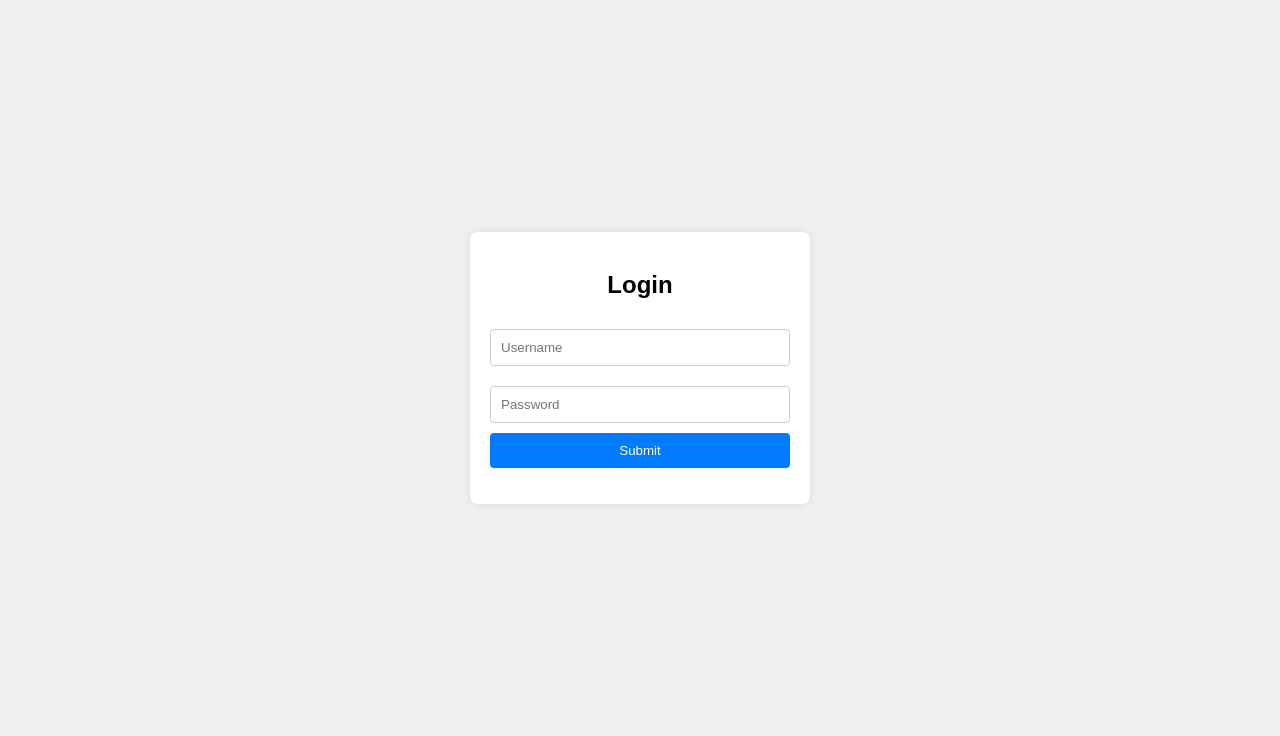
Repository: Femi007-gh/Form
Page: index.html
The author's editor kept a copy of each file at every save. The page is drawn from the files as they stood at one save, then again after a run of saves.
The browser window is 1280 px wide. The pictures show the whole page.

Above is the page before, as saved 2025-03-06 19:44:03.

After the next 2 saves:
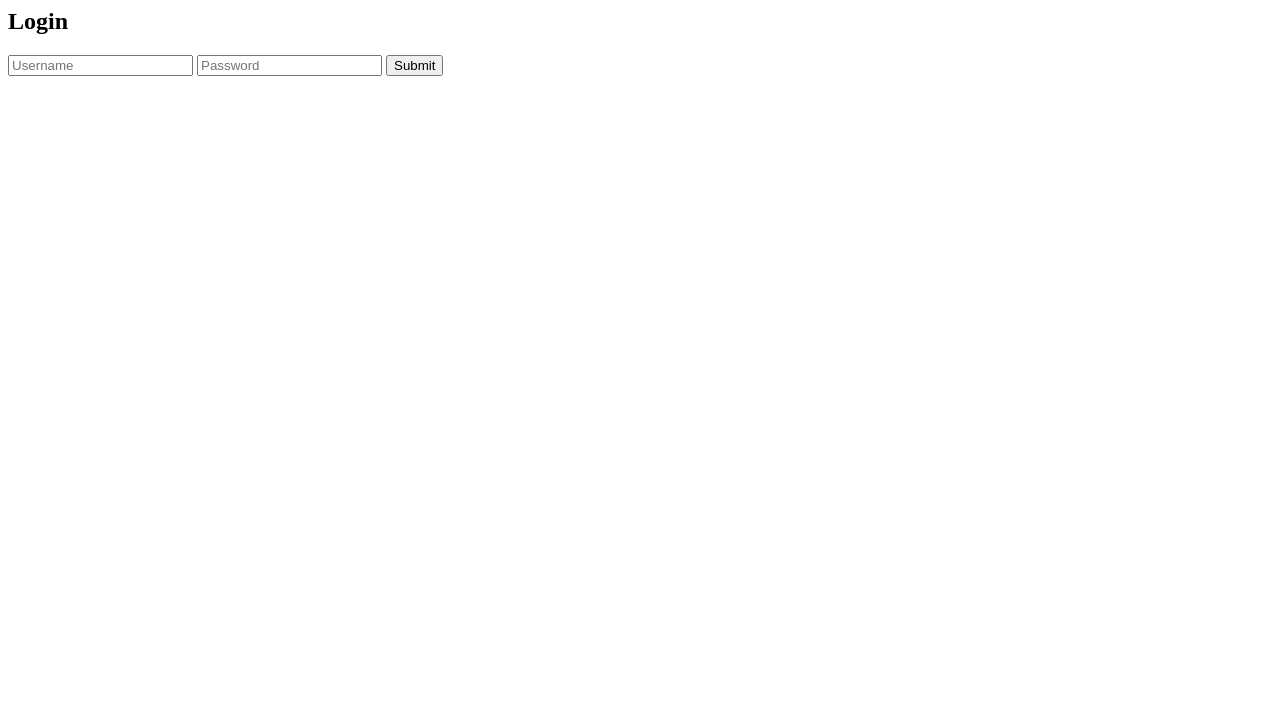
The 2 saves are shown as one change because they came seconds apart.
The last was saved 7 s later.
--- a/index.html
+++ b/index.html
@@ -2,47 +2,6 @@
 <head>
     <title>Login Form</title>
     <link rel>
-    <style>
-        body {
-            font-family: Arial, sans-serif;
-            display: flex;
-            justify-content: center;
-            align-items: center;
-            height: 100vh;
-            background-color: #f0f0f0;
-        }
-        .form-container {
-            background-color: #fff;
-            padding: 20px;
-            border-radius: 8px;
-            box-shadow: 0 0 10px rgba(0, 0, 0, 0.1);
-            width: 300px;
-        }
-        .form-container h2 {
-            margin-bottom: 20px;
-            text-align: center;
-        }
-        .form-container input {
-            width: 100%;
-            padding: 10px;
-            margin: 10px 0;
-            border: 1px solid #ccc;
-            border-radius: 4px;
-        }
-        .form-container button {
-            width: 100%;
-            padding: 10px;
-            background-color: #007BFF;
-            color: #fff;
-            border: none;
-            border-radius: 4px;
-            cursor: pointer;
-        }
-        .form-container button:hover {
-            background-color: #0056b3;
-        }
-    </style>
-</head>
 <body>
     <div class="form-container">
         <h2>Login</h2>

After the 5 saves that followed:
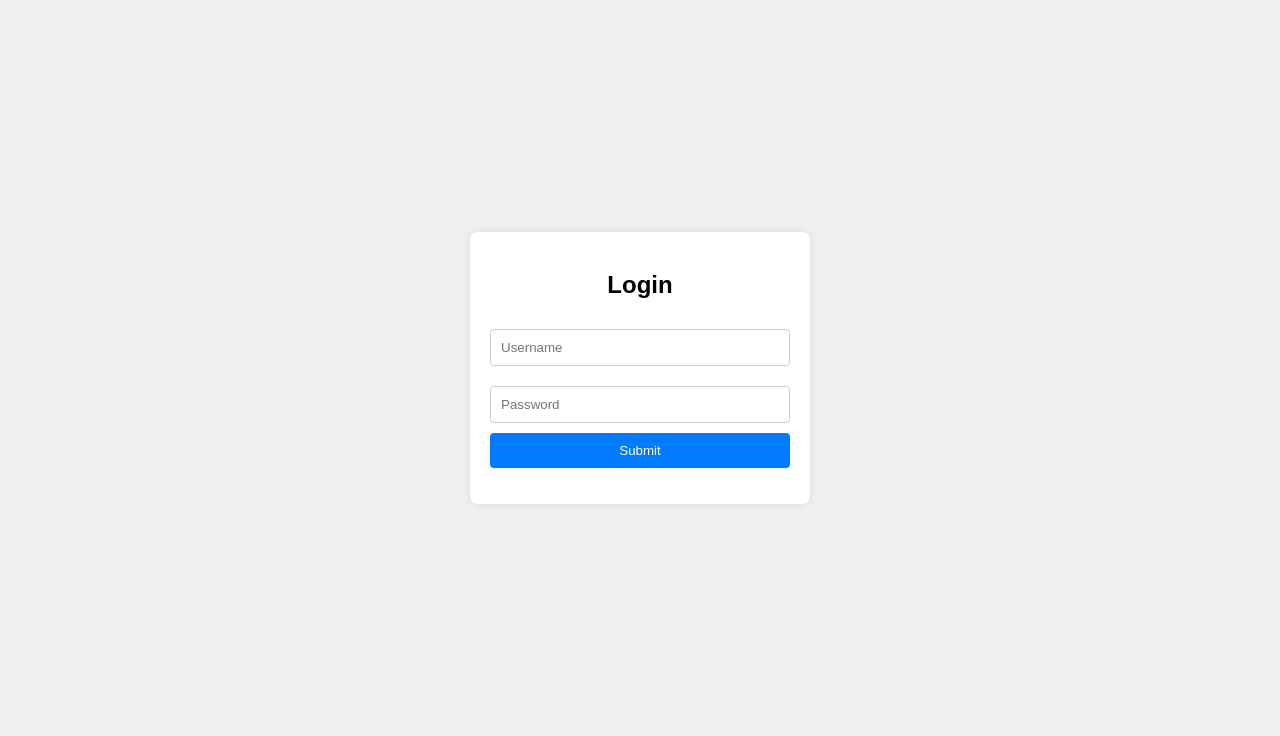
The 5 saves are shown as one change because 2 left the picture as it was and some came seconds apart.
The last was saved 40 s later.
--- a/index.html
+++ b/index.html
@@ -1,7 +1,7 @@
 <html>
 <head>
     <title>Login Form</title>
-    <link rel>
+    <link rel="stylesheet" href="style.css">
 <body>
     <div class="form-container">
         <h2>Login</h2>
